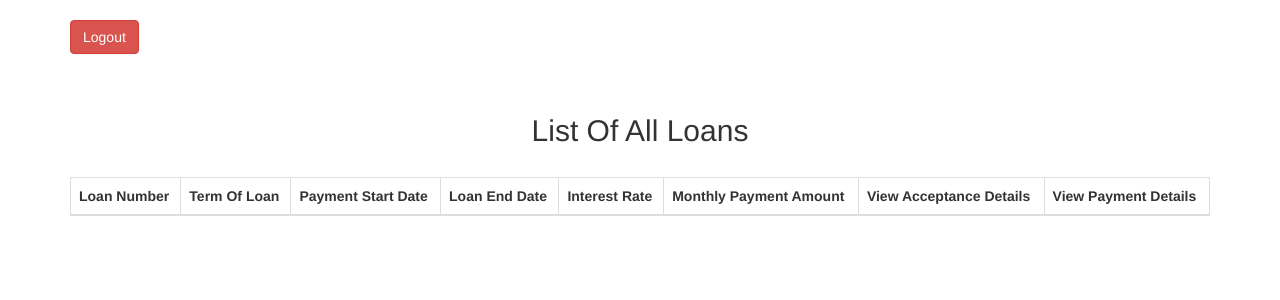
Repository: Bayvao/E-Loan-Project
Page: http://localhost/E-Loan-Project/WEB-INF/views/loan-list.jsp
These files come from the project's save history. The page is drawn as it stood at one moment and after the next save; the edit follows.
The browser window is 1280 px wide. The pictures show the whole page.
The page is served by Tomcat 9. Nobody is signed in. Other server files are loaded and not shown. The template is opened directly, without the code that normally fills it, so the values that code supplies are empty.

Above is the page before, as saved 2020-07-25 12:43:13.

### E-Loan-Project/src/main/webapp/WEB-INF/views/loan-list.jsp
<%@ taglib prefix="form" uri="http://www.springframework.org/tags/form"%>
<%@ taglib prefix="security"
	uri="http://www.springframework.org/security/tags"%>
<%@ taglib prefix="c" uri="http://java.sun.com/jsp/jstl/core"%>

<!DOCTYPE html>
<html lang="en">
<head>
<title>Loan List</title>

<meta charset="utf-8">
<meta name="viewport" content="width=device-width, initial-scale=1">
<link rel="stylesheet"
	href="https://maxcdn.bootstrapcdn.com/bootstrap/3.4.1/css/bootstrap.min.css">
<script
	src="https://ajax.googleapis.com/ajax/libs/jquery/3.5.1/jquery.min.js"></script>
<script
	src="https://maxcdn.bootstrapcdn.com/bootstrap/3.4.1/js/bootstrap.min.js"></script>


<style>
caption {
	text-align: center;
}

h2 {
	text-align: center;
}
</style>
</head>
<body>

	<div class="container">
		<br />

		<!-- Add a logout button -->
		<form:form action="${pageContext.request.contextPath}/logout"
			method="POST">

			<input type="submit" class="btn btn-danger" value="Logout" />

		</form:form>


		<br />
		<!-- display user name and role -->

		<p>

			<security:authorize access="isAuthenticated()">
        User: <security:authentication property="principal.username" />
        | Role: <security:authentication
					property="principal.authorities" />
			</security:authorize>

			<br />
		<div>
			<h2>List Of All Loans</h2>
		</div>
		<br />

		<table class="table table-bordered table-hover">
			<thead>
				<tr>
					<th scope="col">Loan Number</th>
					<th scope="col">Term Of Loan</th>
					<th scope="col">Payment Start Date</th>
					<th scope="col">Loan End Date</th>
					<th scope="col">Interest Rate</th>
					<th scope="col">Monthly Payment Amount</th>
					<th scope="col">View Acceptance Details</th>
					<th scope="col">View Payment Details</th>

				</tr>
			</thead>
			<tbody>
				<c:forEach items="${listLoan}" var="loan">
					<tr>
						<td scope="row">${loan.loanNumber}</td>
						<td>${loan.termOfLoan}</td>
						<td>${loan.repaymentStartDate}</td>
						<td>${loan.loanClosureDate}</td>
						<td>${loan.interestRate}</td>
						<td>${loan.monthlyPaymentAmount}</td>
						<td><a
							href="${pageContext.request.contextPath}/manager/detailView?id=${loan.loanNumber}">View
								Details</a>
						</td>
						<td><a
							href="${pageContext.request.contextPath}/manager/viewPaymentDetails?id=${loan.loanNumber}">View
								Details</a>
						</td>
					</tr>
				</c:forEach>
			</tbody>
		</table>
	</div>
</body>
</html>

After the next save:
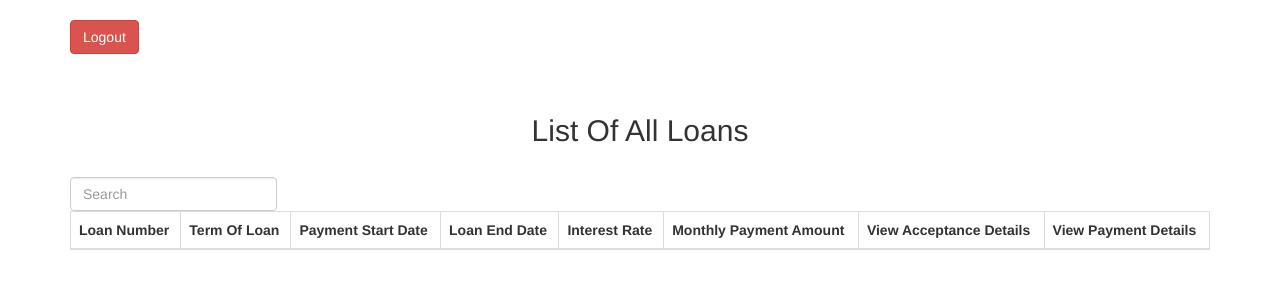
Saved 3 min 7 s later.
--- a/E-Loan-Project/src/main/webapp/WEB-INF/views/loan-list.jsp
+++ b/E-Loan-Project/src/main/webapp/WEB-INF/views/loan-list.jsp
@@ -59,6 +59,12 @@ h2 {
 		</div>
 		<br />
 
+		<form class="form-inline">
+			<i class="fas fa-search" aria-hidden="true"></i> <input
+				class="form-control form-control-sm ml-3 w-75" type="text"
+				placeholder="Search" aria-label="Search">
+		</form>
+
 		<table class="table table-bordered table-hover">
 			<thead>
 				<tr>
@@ -84,12 +90,10 @@ h2 {
 						<td>${loan.monthlyPaymentAmount}</td>
 						<td><a
 							href="${pageContext.request.contextPath}/manager/detailView?id=${loan.loanNumber}">View
-								Details</a>
-						</td>
+								Details</a></td>
 						<td><a
 							href="${pageContext.request.contextPath}/manager/viewPaymentDetails?id=${loan.loanNumber}">View
-								Details</a>
-						</td>
+								Details</a></td>
 					</tr>
 				</c:forEach>
 			</tbody>
